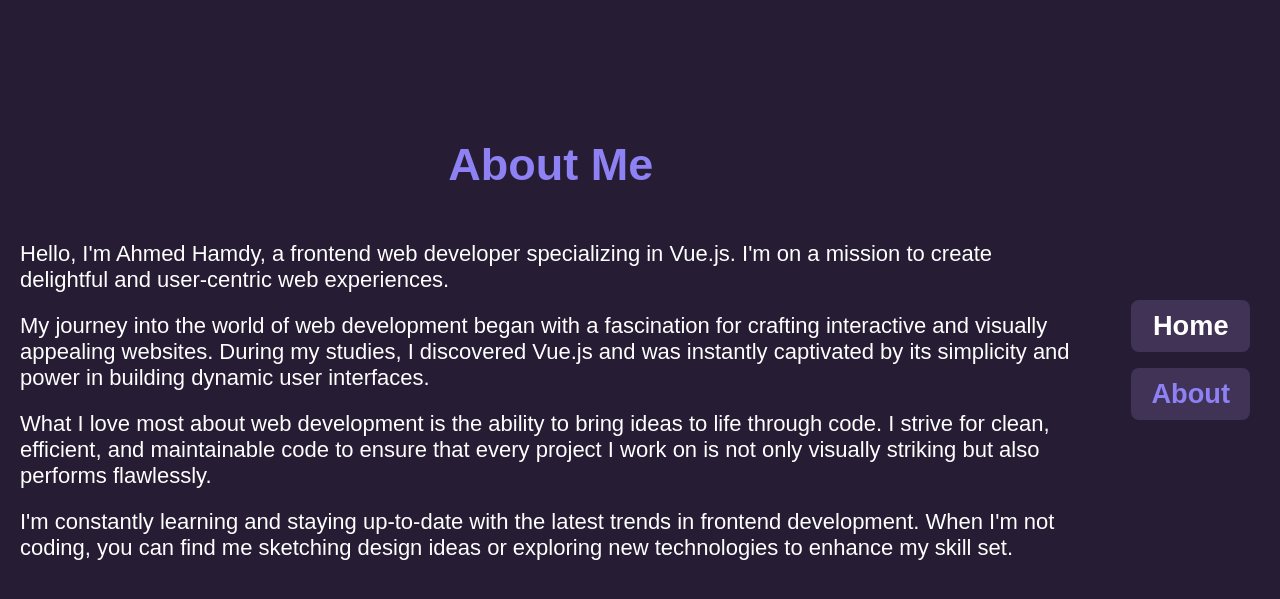
Repository: ahamdy997/portfolio
Page: /about
These files come from the project's save history. The page is drawn as it stood at one moment and after the next save; the edit follows.
The browser window is 1280 px wide. The pictures show the whole page.
The project was rebuilt for these pictures with package versions that can differ from the ones it lists, and the page was loaded fresh each time. Also part of the build but not shown: vue.config.js, src/components/HelloWorld.vue, src/views/HomeView.vue.

Above is the page before, as saved 2023-11-05 22:24:54.

After the next save:
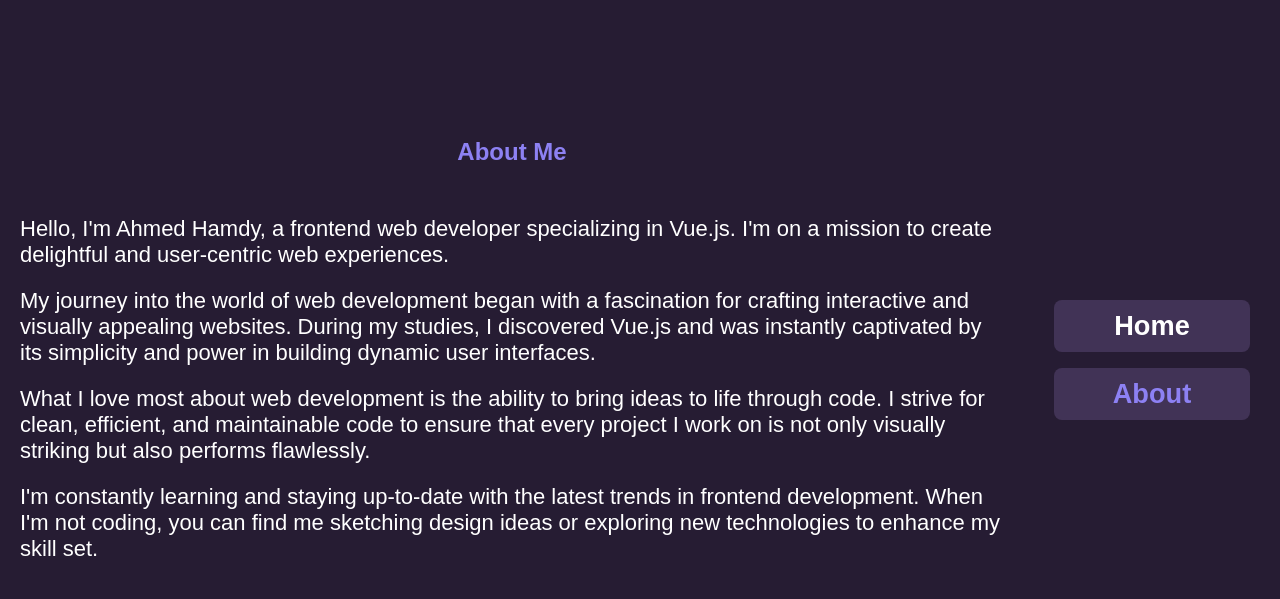
Saved 36 s later.
--- a/src/views/AboutView.vue
+++ b/src/views/AboutView.vue
@@ -31,10 +31,11 @@ p {
 .about h2 {
   text-align: center;
   margin-bottom: 50px;
-  font-size: 45px;
+  font-size: 1.5rem;
   color: #8d81f3;
 }
 .about {
+  width: 80%;
   margin: auto;
   text-align: start;
   font-size: 22px;
